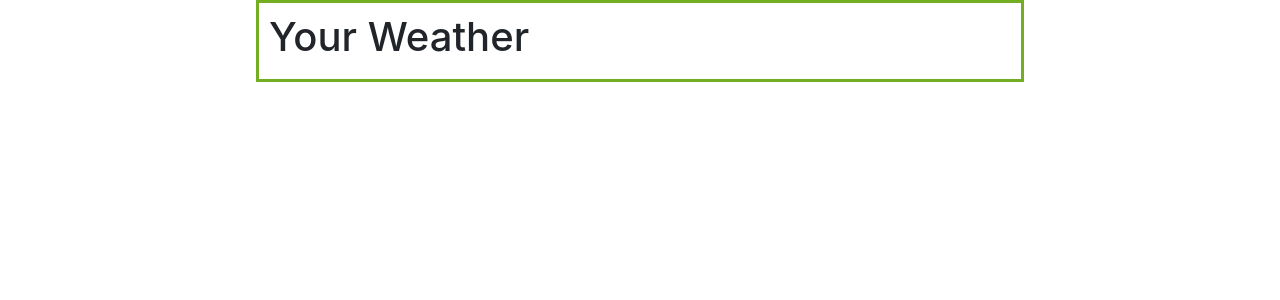
Repository: Mf948/YourWeather
Page: index.html
The author's editor kept a copy of each file at every save. The page is drawn from the files as they stood at one save, then again after the next save.
The browser window is 1280 px wide. The pictures show the whole page.

Above is the page before, as saved 2020-12-14 19:13:51.

After the next save:
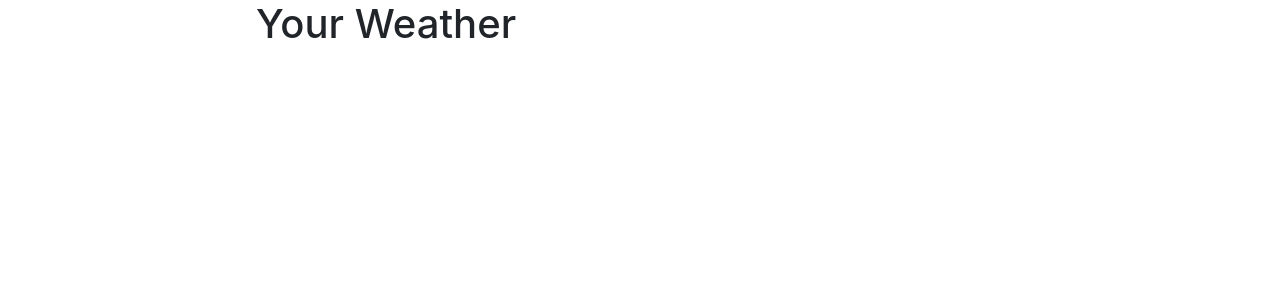
Saved 9 s later.
--- a/Style.css
+++ b/Style.css
@@ -1,6 +1,6 @@
 .navtitle {
     margin: auto;
     width: 60%;
-    border: 3px solid #73AD21;
+    border: 3px
     padding: 10px;
 }
